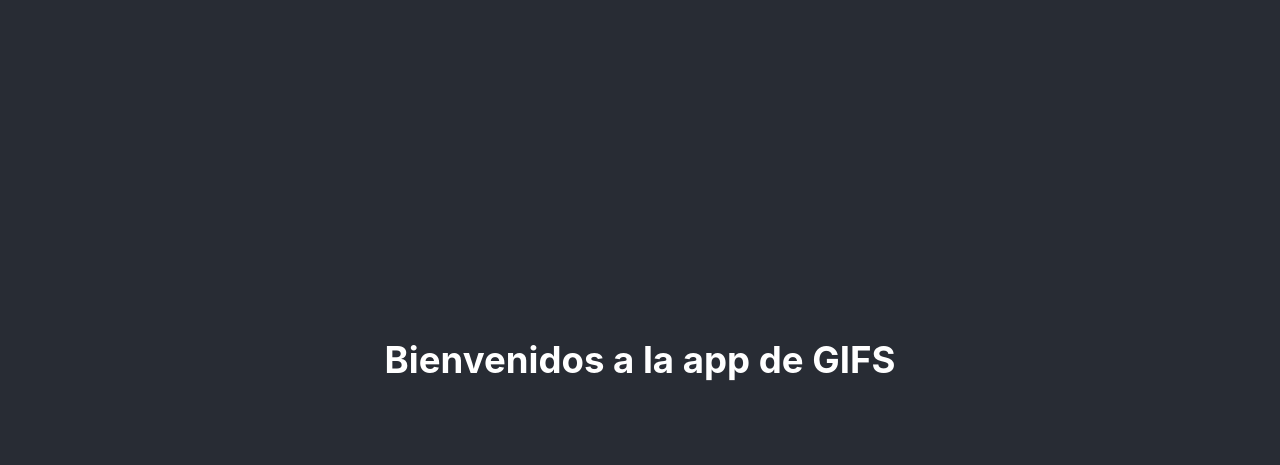
Repository: DamianBermudez94/buscador-gifs
Page: /
The author's editor kept a copy of each file at every save. The page is drawn from the files as they stood at one save, then again after the next save.
The browser window is 1280 px wide. The pictures show the whole page.
The page's requests for data from a server got no answer. The project was rebuilt for these pictures with package versions that can differ from the ones it lists, and the page was loaded fresh each time. No one was signed in, and anything a server would have sent is missing. Also part of the build but not shown: src/component/gifs.css, src/component/gif.js, src/api/urlApi.js, src/component/ListOfGifs.js.

Above is the page before, as saved 2022-10-10 16:03:41.

### src/App.js
import React from 'react';
import './App.css';
import ListOfGifs from './component/ListOfGifs';
import {link, Route} from "wouter"
function App() {


  return (
    <div className="App">
      <section className="App-content">
          <h1>Bienvenidos a la app de GIFS</h1>

          <link></link>
          <Route>
            <ListOfGifs keyword="messi argentina"/>
          </Route>



      </section>
    </div>
  );
}

export default App;

### src/App.css
.App {
  text-align: center;
}



.App-content {
  background-color: #282c34;
  min-height: 100vh;
  display: flex;
  flex-direction: column;
  align-items: center;
  justify-content: center;
  font-size: calc(10px + 2vmin);
  color: white;
}

Loaded but not shown: public/index.html (common file); src/index.js (common file); src/index.css (common file); src/reportWebVitals.js (common file)

After the next save:
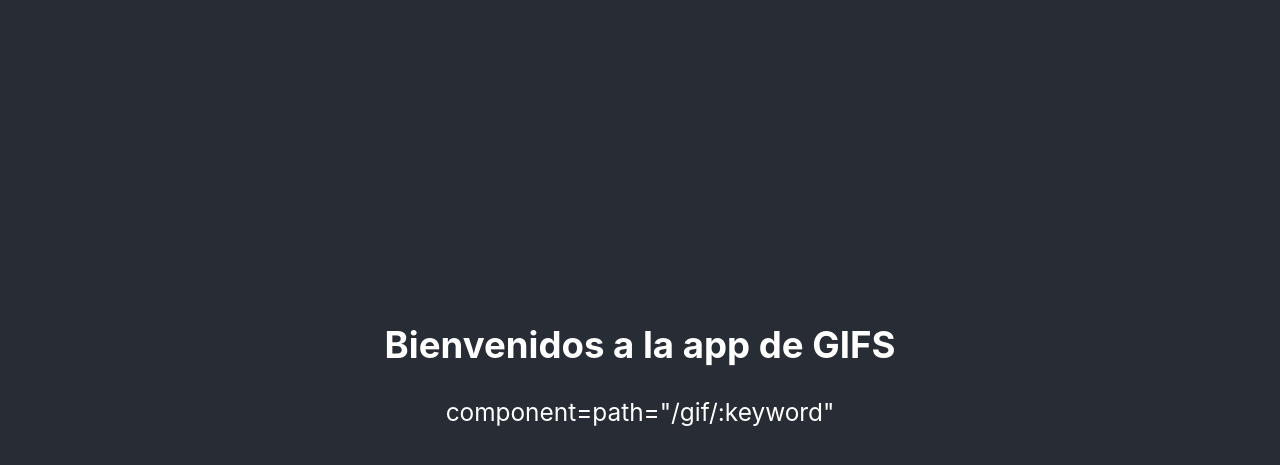
Saved 68 s later.
--- a/src/App.js
+++ b/src/App.js
@@ -12,7 +12,8 @@
 
           <link></link>
           <Route>
-            <ListOfGifs keyword="messi argentina"/>
+            component={ListOfGifs}
+            path="/gif/:keyword"
           </Route>
 
 

After the save that followed:
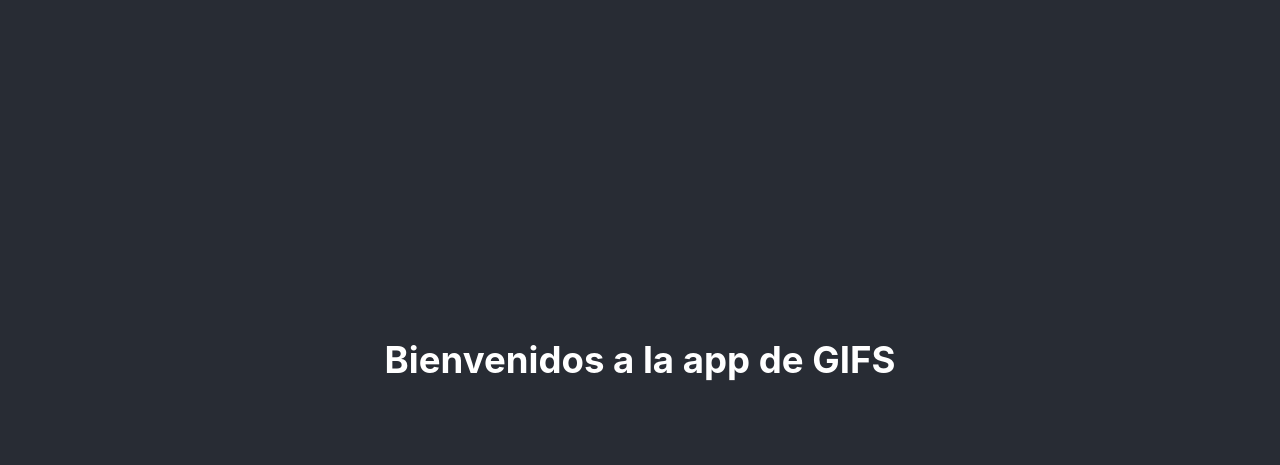
Saved 60 s later.
--- a/src/App.js
+++ b/src/App.js
@@ -1,7 +1,7 @@
 import React from 'react';
 import './App.css';
 import ListOfGifs from './component/ListOfGifs';
-import {link, Route} from "wouter"
+import {Link, Route} from "wouter"
 function App() {
 
 
@@ -10,11 +10,10 @@
       <section className="App-content">
           <h1>Bienvenidos a la app de GIFS</h1>
 
-          <link></link>
-          <Route>
+          <Link></Link>
+          <Route
             component={ListOfGifs}
-            path="/gif/:keyword"
-          </Route>
+            path="/gif/:keyword"/>
 
 
 
